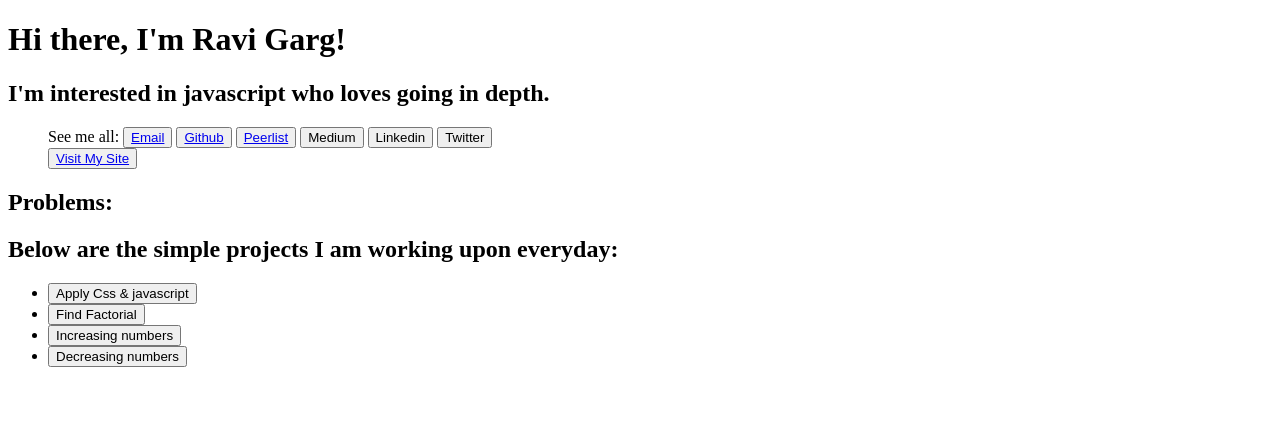
Repository: ravigarg001/musafir
Page: index.html
The author's editor kept a copy of each file at every save. The page is drawn from the files as they stood at one save, then again after the next save.
The browser window is 1280 px wide. The pictures show the whole page.

Above is the page before, as saved 2022-05-02 23:36:32.

After the next save:
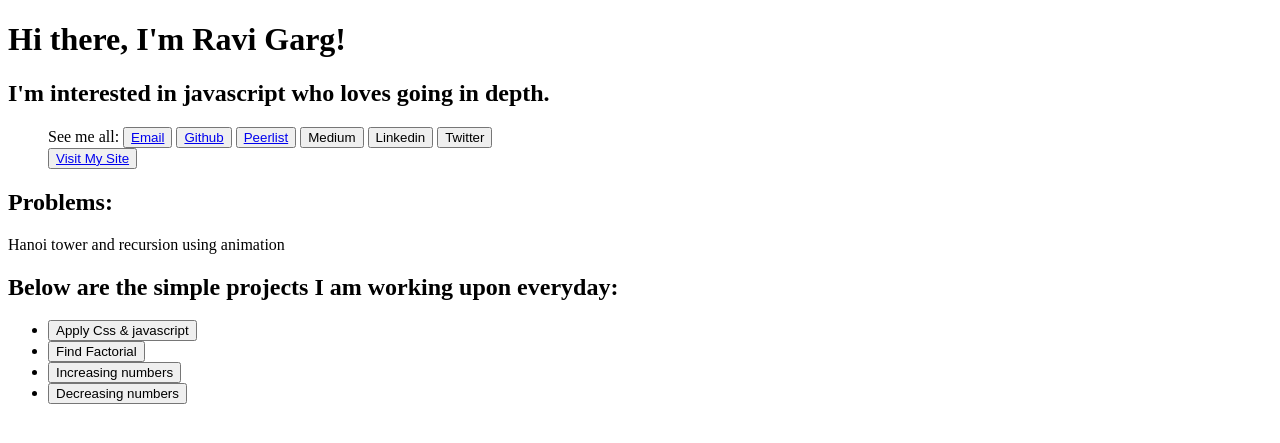
Saved 15 s later.
--- a/index.html
+++ b/index.html
@@ -26,7 +26,7 @@
 </ul>
 </footer>
 <h2>Problems:</h2>
-<p></p>
+<p>Hanoi tower and recursion using animation</p>
 <h2>Below are the simple projects I am working upon everyday:</h2>
 <ul class="projects">
   <li><button class="cssAdder" onclick="addCssAndJs()">Apply Css & javascript</button></li>
